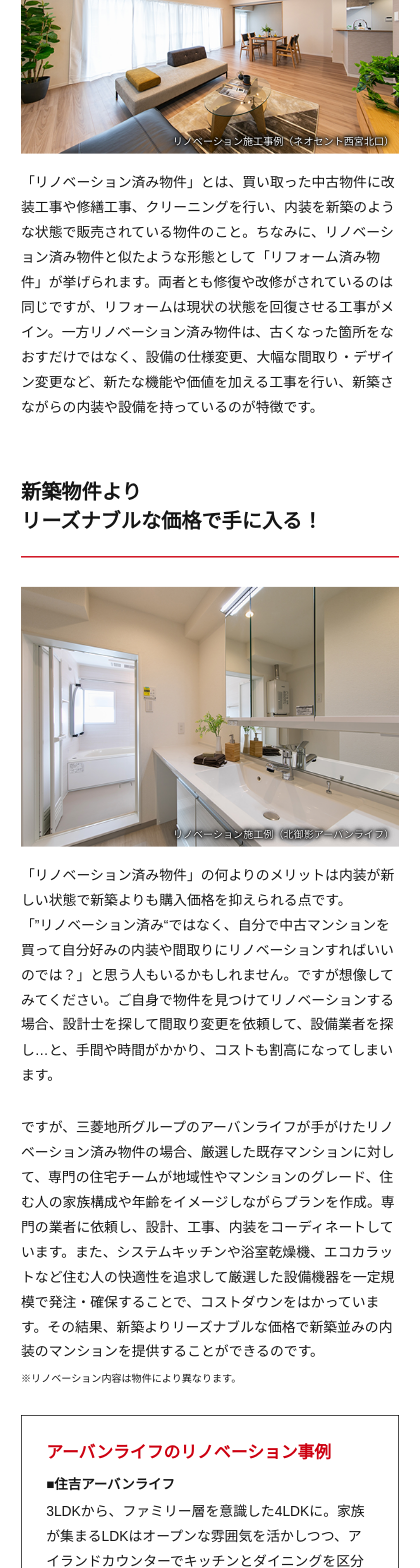
Repository: duongspm/group-kansai_new-data
Page: group-kansai_new/pickup/column07.html
An editor plug-in stored every save of this project. The page is shown before and after the next save, followed by the edit.
The browser window is 600 px wide. The pictures show the part of the page from y = 1999 to 4239 px (the page is 8608 px tall before and 8624 px after), at 70% of full size.

Above is the page before, as saved 2023-07-03 13:10:50.

After the next save:
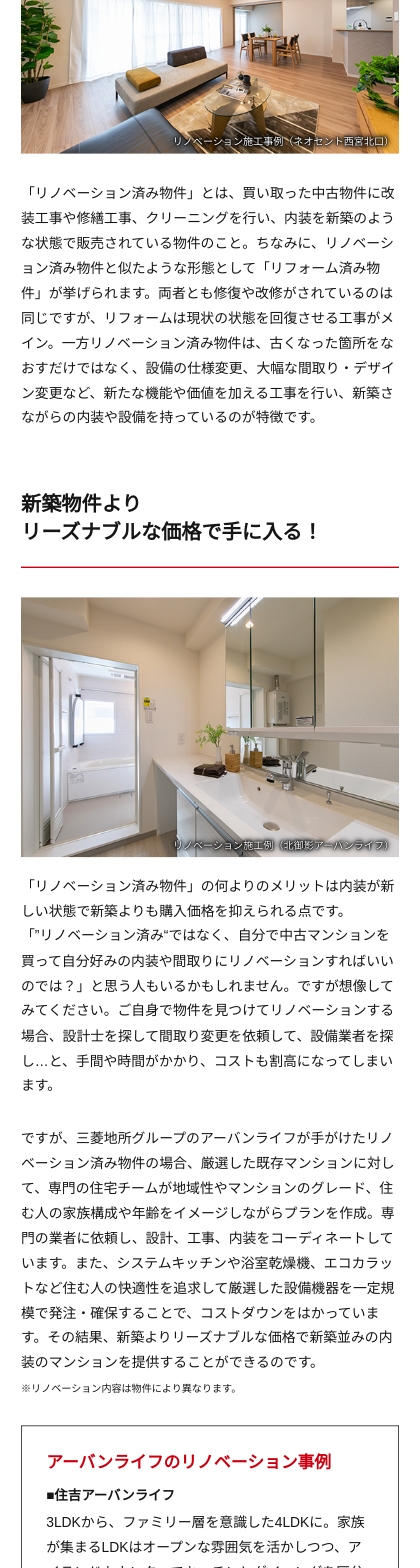
Saved 4 s later.
--- a/group-kansai_new/pickup/css/column.css
+++ b/group-kansai_new/pickup/css/column.css
@@ -235,7 +235,7 @@
     font-weight: bold;
 }
 @media (max-width: 767px){
-    .column__img-sp{
+    .column07__img-sp{
         margin-bottom: 2em;
     }
     .column07__box{
